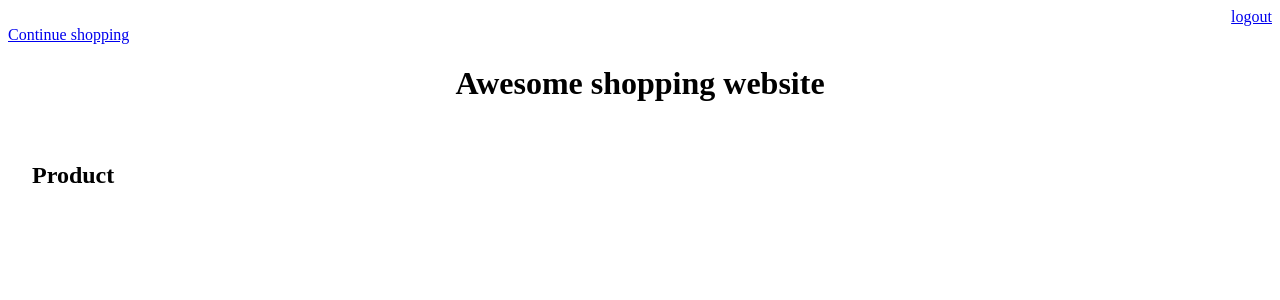
Repository: balu-sadanandan/demo-Shopping-cart-application
Page: http://localhost/shopping-cart/proddesc.jsp
An editor plug-in stored every save of this project. The page is shown before and after the next save, followed by the edit.
The browser window is 1280 px wide. The pictures show the whole page.
The page is served by Tomcat 9. Other server files are loaded and not shown.

Above is the page before, as saved 2017-09-19 04:47:23.

### shopping-cart/WebContent/proddesc.jsp
<%@ page language="java" contentType="text/html; charset=ISO-8859-1"
    pageEncoding="ISO-8859-1"%>
<!DOCTYPE html PUBLIC "-//W3C//DTD HTML 4.01 Transitional//EN" "http://www.w3.org/TR/html4/loose.dtd">
<html>
<head>
<meta http-equiv="Content-Type" content="text/html; charset=ISO-8859-1">
<title>Awesome shopping website</title>
</head>
<body>
 <div align="right">
    <a href="logout">logout</a>

</div>
   <div align="left">
    <a href="listp">Continue shopping</a>

</div>
 <center>
        <h1>Awesome shopping website</h1>
    </center>
   </div>
   <div align="left">
   &nbsp;&nbsp;&nbsp;&nbsp;
    <h2>&nbsp;&nbsp;&nbsp;&nbsp;Product</h2>
</div>


</body>
</html>

After the next save:
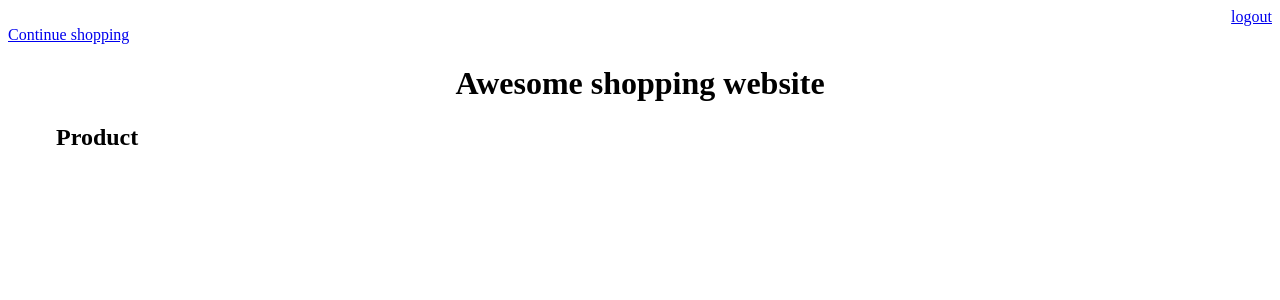
Saved 19 s later.
--- a/shopping-cart/WebContent/proddesc.jsp
+++ b/shopping-cart/WebContent/proddesc.jsp
@@ -20,8 +20,8 @@
     </center>
    </div>
    <div align="left">
-   &nbsp;&nbsp;&nbsp;&nbsp;
-    <h2>&nbsp;&nbsp;&nbsp;&nbsp;Product</h2>
+
+    <h2>&nbsp;&nbsp;&nbsp;&nbsp;&nbsp;&nbsp;&nbsp;&nbsp;Product</h2>
 </div>
 
 
